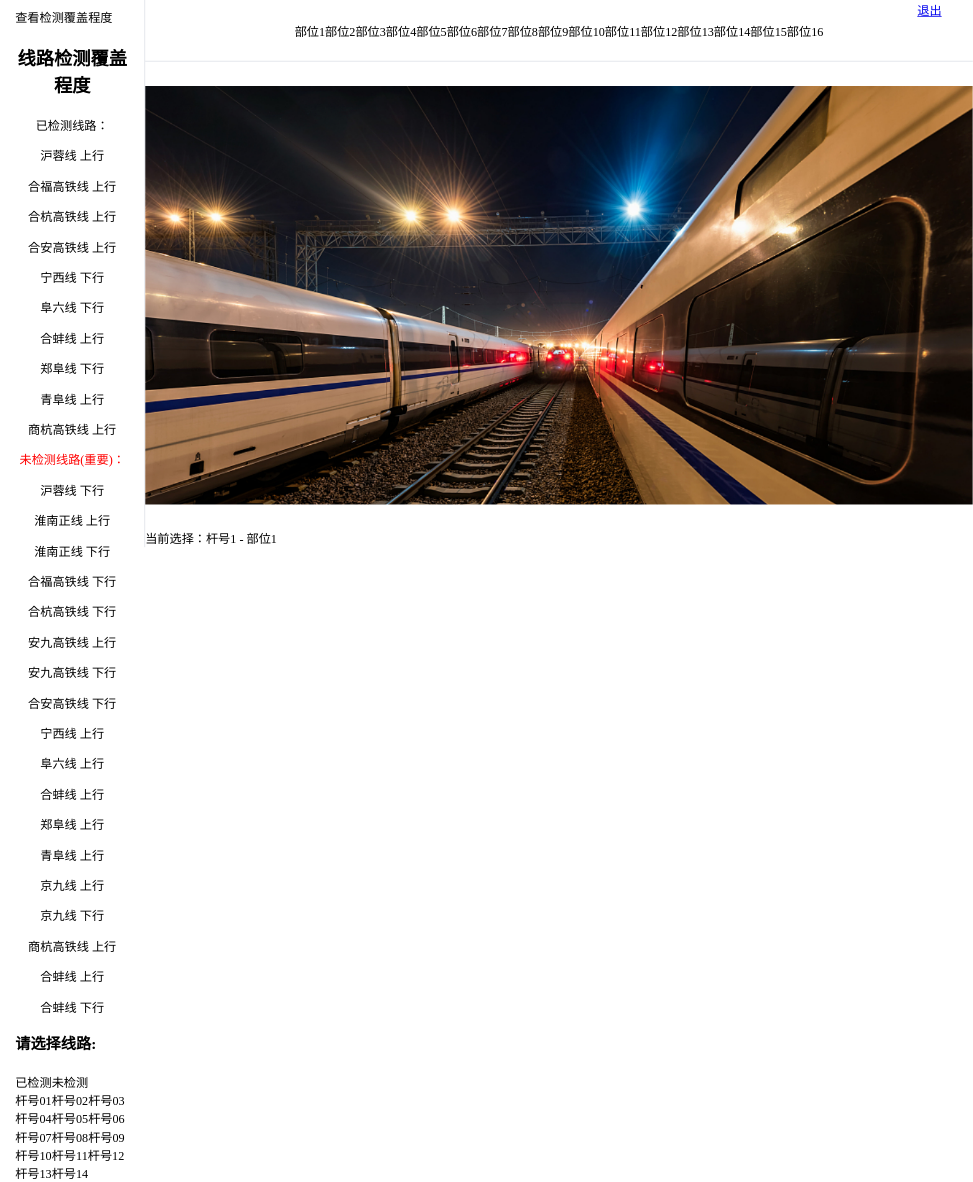
Repository: AweUniver/new_bishe_vue
Page: /#/camera
The author's editor kept a copy of each file at every save. The page is drawn from the files as they stood at one save, then again after the next save.
The browser window is 1280 px wide. The pictures show the whole page, at 76% of full size.
The project was rebuilt for these pictures with package versions that can differ from the ones it lists, and the page was loaded fresh each time. Also part of the build but not shown: vue.config.js. Imported but missing from the stored project, and not drawn on this page: src/elementUI/index.

Above is the page before, as saved 2023-05-18 16:37:35.

After the next save:
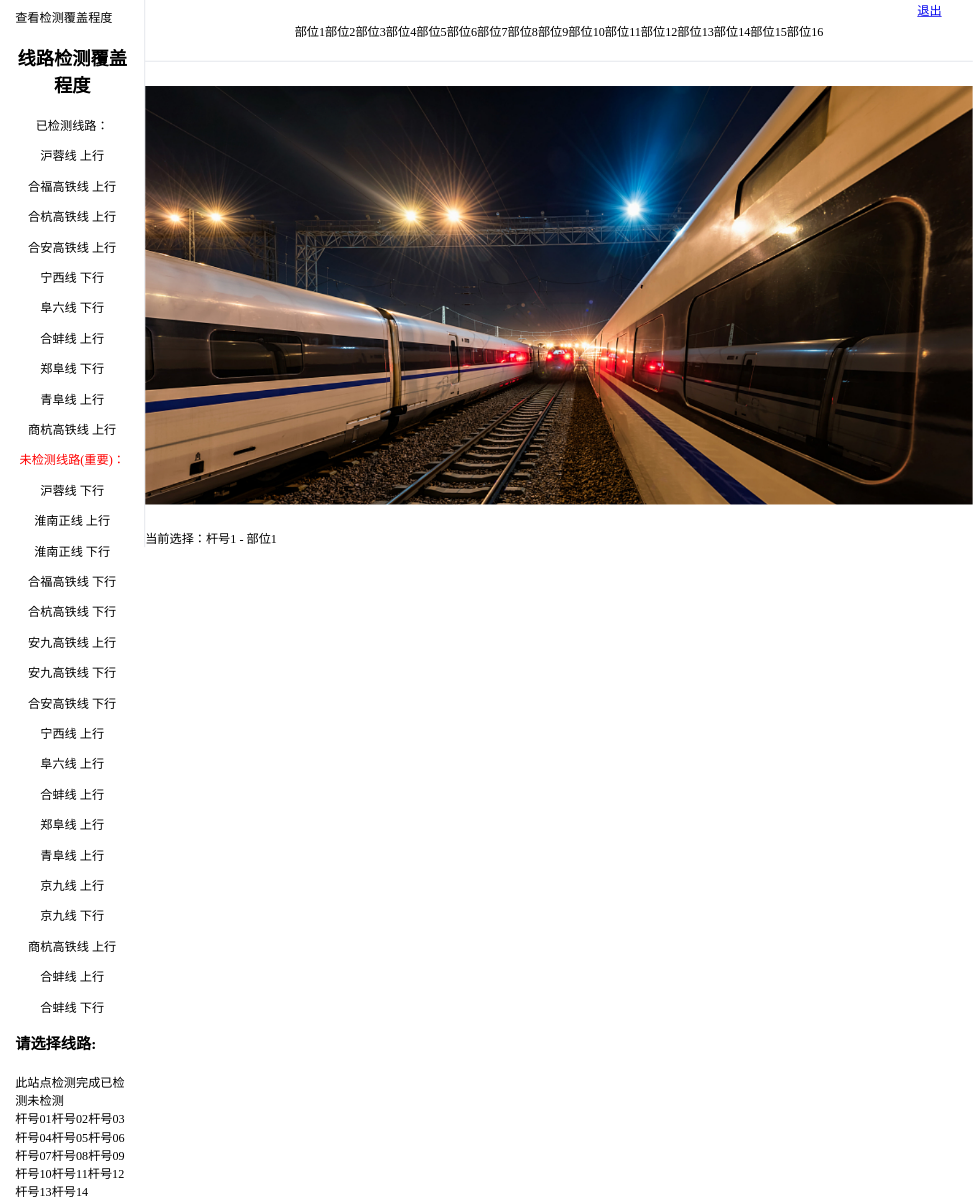
Saved 62 min 16 s later.
--- a/src/views/camera/index.vue
+++ b/src/views/camera/index.vue
@@ -62,6 +62,7 @@
         ></el-cascader>
       </div>
       <div class="ischeck">
+        <el-button type="text" @click="open">此站点检测完成</el-button>
         <el-radio-group v-model="selectedOption" @change="handleOptionChange">
           <el-radio label="detected">已检测</el-radio>
           <el-radio label="undetected">未检测</el-radio>
